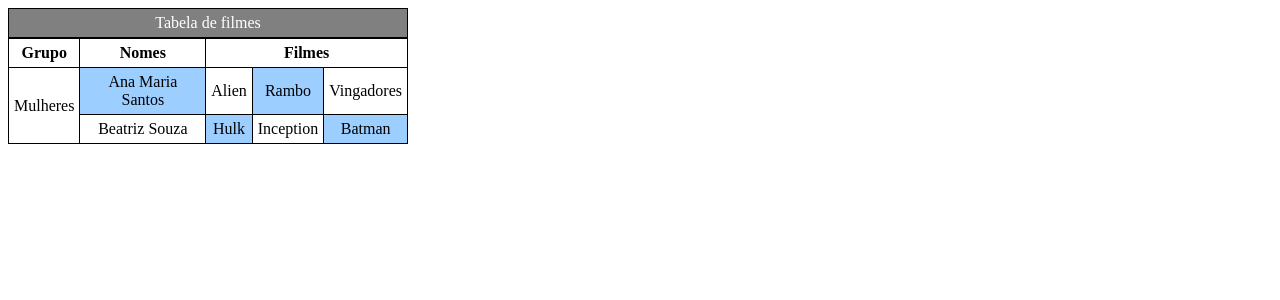
Repository: Lucianorodriguesdev/cursoHTML-CSS
Page: ex023/tabelas/index.html
The author's editor kept a copy of each file at every save. The page is drawn from the files as they stood at one save, then again after the next save.
The browser window is 1280 px wide. The pictures show the whole page.

Above is the page before, as saved 2026-06-23 21:54:11.

After the next save:
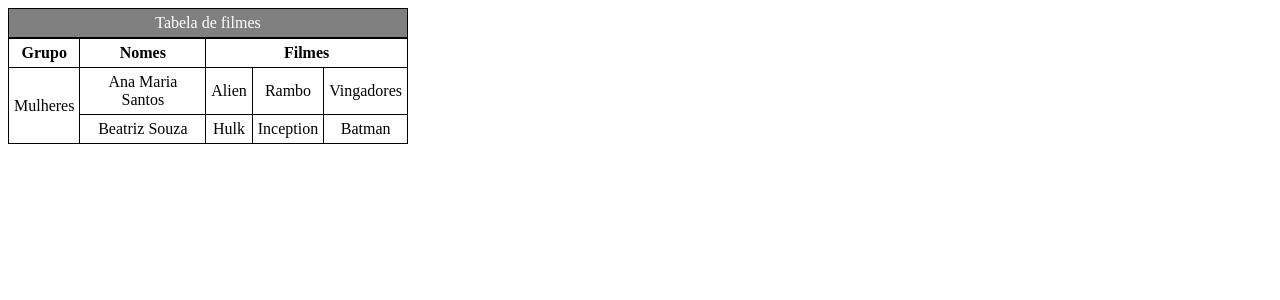
Saved 44 s later.
--- a/ex023/tabelas/index.html
+++ b/ex023/tabelas/index.html
@@ -15,7 +15,7 @@
             padding: 5px;
             text-align: center;
         }
-        tr>td:nth-child(2n){
+        tr>td:nth-child(){
             background-color: rgba(44, 150, 255, 0.466);
         }
         caption{
